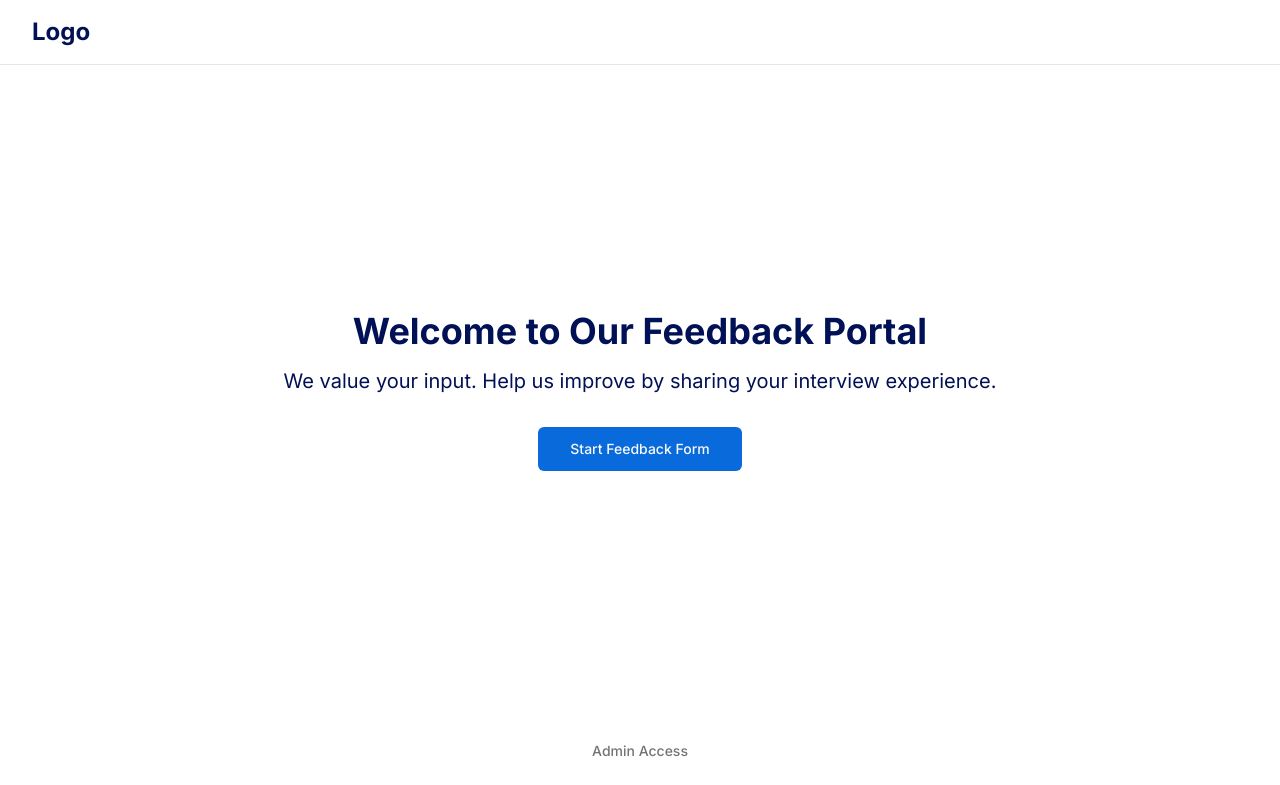
Repository: imets01/swisscom-feedback-app
Page: / (app in frontend/)
The author's editor kept a copy of each file at every save. The page is drawn from the files as they stood at one save, then again after the next save.
The browser window is 1280 px wide. The pictures show the whole page.
The project was rebuilt for these pictures with package versions that can differ from the ones it lists, and the page was loaded fresh each time. The framework's server and built-in components were replaced by stand-ins that run in the browser. Also part of the build but not shown: frontend/next.config.mjs, frontend/src/components/ui/label.jsx, frontend/src/components/ui/form.jsx, frontend/src/components/ui/input.jsx, frontend/src/components/ui/card.jsx, frontend/src/app/components/loginForm.js, frontend/src/app/login/page.js.

Above is the page before, as saved 2024-11-30 18:57:02.

### frontend/src/app/layout.jsx
import "./globals.css";
import { Inter } from "next/font/google";
import Header from "./components/headerComponent"; // Default import

const inter = Inter({ subsets: ["latin"] });

export const metadata = {
  title: "Interview Feedback Form",
  description: "Submit your feedback about the interview process",
};

export default function RootLayout({ children }) {
  return (
    <html lang="en">
      <body className={inter.className}>
        {/* Global Header */}
        <Header />

        {/* Page content */}
        {children}
      </body>
    </html>
  );
}

### frontend/src/app/page.js
import Link from "next/link";
import { Button } from "@/components/ui/button";
import {
  Drawer,
  DrawerClose,
  DrawerContent,
  DrawerDescription,
  DrawerFooter,
  DrawerHeader,
  DrawerTitle,
  DrawerTrigger,
} from "@/components/ui/drawer";
import LoginPage from "./login/page";

export default function Home() {
  return (
    <div className="min-h-screen flex flex-col">
      <main className="flex-grow flex items-center justify-center">
        <div className="text-center">
          <h1 className="text-4xl text-primary font-bold mb-4">
            Welcome to Our Feedback Portal
          </h1>

          <p className="text-xl text-primary mb-8">
            We value your input. Help us improve by sharing your interview
            experience.
          </p>
          <Button asChild variant="secondary" size="lg">
            <Link href="/feedback">Start Feedback Form</Link>
          </Button>
        </div>
      </main>

      <footer className="p-4 text-center">
        <Drawer>
          <DrawerTrigger className=" h-9 w-fit rounded-md px-3 text-sm font-medium text-muted-foreground hover:text-foreground hover:bg-accent">
            Admin Access
          </DrawerTrigger>
          <DrawerContent>
            <DrawerHeader>
              <DrawerTitle></DrawerTitle>
              <DrawerDescription></DrawerDescription>
              <LoginPage />
            </DrawerHeader>
            <DrawerFooter className="flex justify-center items-center">
              <DrawerClose asChild>
                <Button
                  variant="outline"
                  className="h-9 w-fittransition-colors text-muted-foreground hover:text-foreground hover:bg-accent"
                >
                  Cancel
                </Button>
              </DrawerClose>
            </DrawerFooter>
          </DrawerContent>
        </Drawer>
      </footer>
    </div>
  );
}

### frontend/src/app/globals.css
@tailwind base;
@tailwind components;
@tailwind utilities;

body {
  font-family: Arial, Helvetica, sans-serif;
}

@layer base {
  :root {
    --background: 0 0% 100%;
    --foreground: 0 0% 3.9%;
    --card: 0 0% 100%;
    --card-foreground: 0 0% 3.9%;
    --popover: 0 0% 100%;
    --popover-foreground: 0 0% 3.9%;
    /* --primary: 0 0% 9%; */
    --primary: 228 100% 16.7%;
    --primary-foreground: 0 0% 98%;
    --secondary: 212 93% 44.5%;
    --secondary-foreground: 212 93% 35%;
    --muted: 0 0% 96.1%;
    --muted-foreground: 0 0% 45.1%;
    --accent: 0 0% 96.1%;
    --accent-foreground: 0 0% 9%;
    --destructive: 0 84.2% 60.2%;
    --destructive-foreground: 0 0% 98%;
    --border: 0 0% 89.8%;
    --input: 0 0% 89.8%;
    --ring: 0 0% 3.9%;
    --chart-1: 12 76% 61%;
    --chart-2: 173 58% 39%;
    --chart-3: 197 37% 24%;
    --chart-4: 43 74% 66%;
    --chart-5: 27 87% 67%;
    --radius: 0.5rem;
    --sidebar-background: 0 0% 98%;
    --sidebar-foreground: 240 5.3% 26.1%;
    --sidebar-primary: 240 5.9% 10%;
    --sidebar-primary-foreground: 0 0% 98%;
    --sidebar-accent: 240 4.8% 95.9%;
    --sidebar-accent-foreground: 240 5.9% 10%;
    --sidebar-border: 220 13% 91%;
    --sidebar-ring: 217.2 91.2% 59.8%;
  }
  .dark {
    --background: 0 0% 3.9%;
    --foreground: 0 0% 98%;
    --card: 0 0% 3.9%;
    --card-foreground: 0 0% 98%;
    --popover: 0 0% 3.9%;
    --popover-foreground: 0 0% 98%;
    --primary: 0 0% 98%;
    --primary-foreground: 0 0% 9%;
    --secondary: 0 0% 14.9%;
    --secondary-foreground: 0 0% 98%;
    --muted: 0 0% 14.9%;
    --muted-foreground: 0 0% 63.9%;
    --accent: 0 0% 14.9%;
    --accent-foreground: 0 0% 98%;
    --destructive: 0 62.8% 30.6%;
    --destructive-foreground: 0 0% 98%;
    --border: 0 0% 14.9%;
    --input: 0 0% 14.9%;
    --ring: 0 0% 83.1%;
    --chart-1: 220 70% 50%;
    --chart-2: 160 60% 45%;
    --chart-3: 30 80% 55%;
    --chart-4: 280 65% 60%;
    --chart-5: 340 75% 55%;
    --sidebar-background: 240 5.9% 10%;
    --sidebar-foreground: 240 4.8% 95.9%;
    --sidebar-primary: 224.3 76.3% 48%;
    --sidebar-primary-foreground: 0 0% 100%;
    --sidebar-accent: 240 3.7% 15.9%;
    --sidebar-accent-foreground: 240 4.8% 95.9%;
    --sidebar-border: 240 3.7% 15.9%;
    --sidebar-ring: 217.2 91.2% 59.8%;
  }
}

@layer base {
  * {
    @apply border-border;
  }
  body {
    @apply bg-background text-foreground;
  }
}

### frontend/src/app/components/headerComponent.js
import Link from "next/link";

export default function Header() {
  return (
    <header className="bg-background border-b">
      <div className="container mx-auto px-4 sm:px-6 lg:px-8">
        <div className="flex items-center justify-between h-16">
          <div className="flex items-center">
            <Link href="/" className="flex-shrink-0">
              <span className="text-2xl font-bold text-primary">Logo</span>
            </Link>
          </div>
        </div>
      </div>
    </header>
  );
}

### frontend/src/components/ui/button.jsx
import * as React from "react";
import { Slot } from "@radix-ui/react-slot";
import { cva } from "class-variance-authority";

import { cn } from "@/lib/utils";

const buttonVariants = cva(
  "inline-flex items-center justify-center gap-2 whitespace-nowrap rounded-md text-sm font-medium ring-offset-background transition-colors focus-visible:outline-none focus-visible:ring-2 focus-visible:ring-ring focus-visible:ring-offset-2 disabled:pointer-events-none disabled:opacity-50 [&_svg]:pointer-events-none [&_svg]:size-4 [&_svg]:shrink-0",
  {
    variants: {
      variant: {
        default: "bg-primary text-primary-foreground hover:bg-primary/90",
        destructive:
          "bg-destructive text-destructive-foreground hover:bg-destructive/90",
        outline:
          "border border-input bg-background hover:bg-accent hover:text-accent-foreground",
        secondary:
          "bg-secondary text-primary-foreground hover:bg-secondary-foreground",
        ghost: "hover:bg-accent hover:text-accent-foreground",
        link: "text-primary underline-offset-4 hover:underline",
      },
      size: {
        default: "h-10 px-4 py-2",
        sm: "h-9 rounded-md px-3",
        lg: "h-11 rounded-md px-8",
        icon: "h-10 w-10",
      },
    },
    defaultVariants: {
      variant: "default",
      size: "default",
    },
  }
);

const Button = React.forwardRef(
  ({ className, variant, size, asChild = false, ...props }, ref) => {
    const Comp = asChild ? Slot : "button";
    return (
      <Comp
        className={cn(buttonVariants({ variant, size, className }))}
        ref={ref}
        {...props}
      />
    );
  }
);
Button.displayName = "Button";

export { Button, buttonVariants };

### frontend/src/components/ui/drawer.jsx
"use client"

import * as React from "react"
import { Drawer as DrawerPrimitive } from "vaul"

import { cn } from "@/lib/utils"

const Drawer = ({
  shouldScaleBackground = true,
  ...props
}) => (
  <DrawerPrimitive.Root shouldScaleBackground={shouldScaleBackground} {...props} />
)
Drawer.displayName = "Drawer"

const DrawerTrigger = DrawerPrimitive.Trigger

const DrawerPortal = DrawerPrimitive.Portal

const DrawerClose = DrawerPrimitive.Close

const DrawerOverlay = React.forwardRef(({ className, ...props }, ref) => (
  <DrawerPrimitive.Overlay
    ref={ref}
    className={cn("fixed inset-0 z-50 bg-black/80", className)}
    {...props} />
))
DrawerOverlay.displayName = DrawerPrimitive.Overlay.displayName

const DrawerContent = React.forwardRef(({ className, children, ...props }, ref) => (
  <DrawerPortal>
    <DrawerOverlay />
    <DrawerPrimitive.Content
      ref={ref}
      className={cn(
        "fixed inset-x-0 bottom-0 z-50 mt-24 flex h-auto flex-col rounded-t-[10px] border bg-background",
        className
      )}
      {...props}>
      <div className="mx-auto mt-4 h-2 w-[100px] rounded-full bg-muted" />
      {children}
    </DrawerPrimitive.Content>
  </DrawerPortal>
))
DrawerContent.displayName = "DrawerContent"

const DrawerHeader = ({
  className,
  ...props
}) => (
  <div
    className={cn("grid gap-1.5 p-4 text-center sm:text-left", className)}
    {...props} />
)
DrawerHeader.displayName = "DrawerHeader"

const DrawerFooter = ({
  className,
  ...props
}) => (
  <div className={cn("mt-auto flex flex-col gap-2 p-4", className)} {...props} />
)
DrawerFooter.displayName = "DrawerFooter"

const DrawerTitle = React.forwardRef(({ className, ...props }, ref) => (
  <DrawerPrimitive.Title
    ref={ref}
    className={cn("text-lg font-semibold leading-none tracking-tight", className)}
    {...props} />
))
DrawerTitle.displayName = DrawerPrimitive.Title.displayName

const DrawerDescription = React.forwardRef(({ className, ...props }, ref) => (
  <DrawerPrimitive.Description
    ref={ref}
    className={cn("text-sm text-muted-foreground", className)}
    {...props} />
))
DrawerDescription.displayName = DrawerPrimitive.Description.displayName

export {
  Drawer,
  DrawerPortal,
  DrawerOverlay,
  DrawerTrigger,
  DrawerClose,
  DrawerContent,
  DrawerHeader,
  DrawerFooter,
  DrawerTitle,
  DrawerDescription,
}

Loaded but not shown: frontend/src/lib/utils.js (common file); frontend/tailwind.config.js (common file)

After the next save:
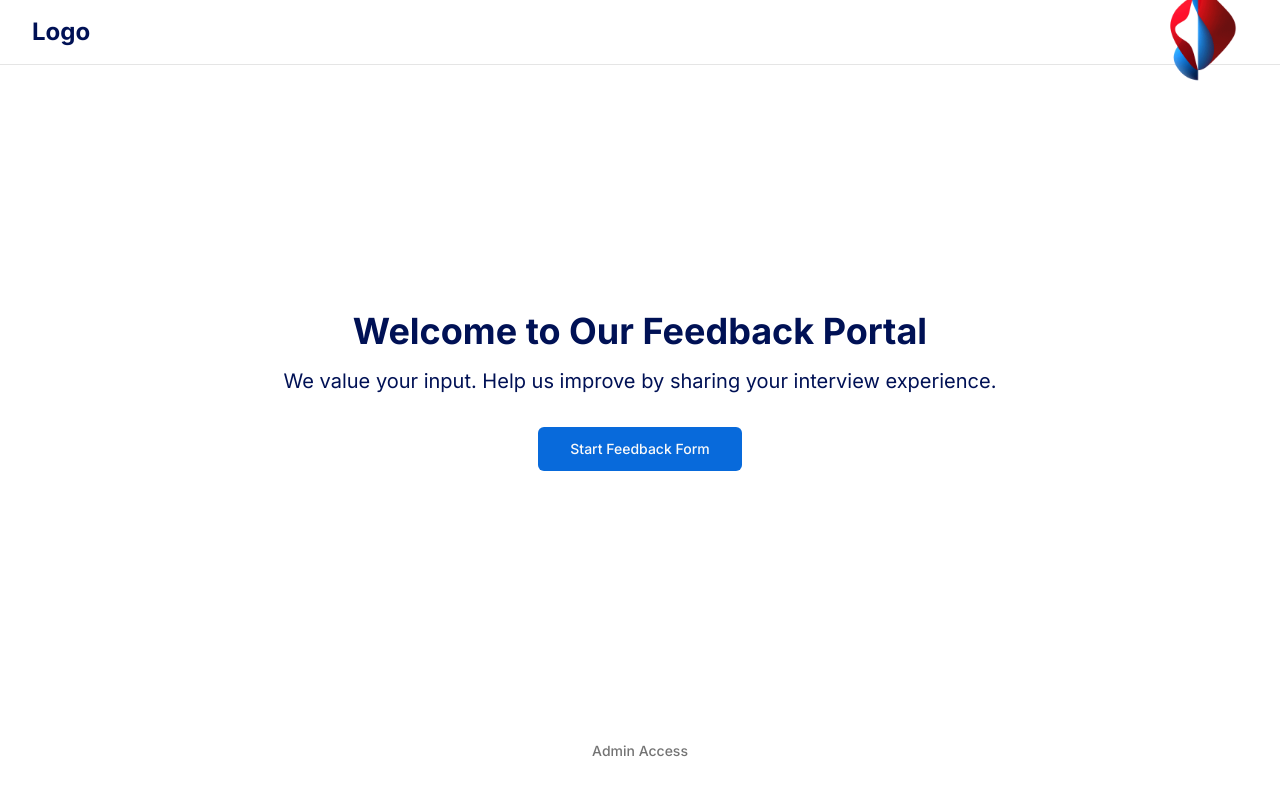
Saved 89 s later.
--- a/frontend/src/app/components/headerComponent.js
+++ b/frontend/src/app/components/headerComponent.js
@@ -1,4 +1,5 @@
 import Link from "next/link";
+import Image from "next/image"; // Import the Image component
 
 export default function Header() {
   return (
@@ -10,6 +11,15 @@ export default function Header() {
               <span className="text-2xl font-bold text-primary">Logo</span>
             </Link>
           </div>
+          {/* Displaying GIF with Image component */}
+          <div className="flex items-center">
+            <Image
+              src="/650a16197f1c9d8e2dc7593a_SC-Lifeform.gif" // Path to the gif in the public folder
+              alt="Lifeform Animation" // Alt text for accessibility
+              width={100} // Set the width of the GIF
+              height={100} // Set the height of the GIF
+            />
+          </div>
         </div>
       </div>
     </header>
